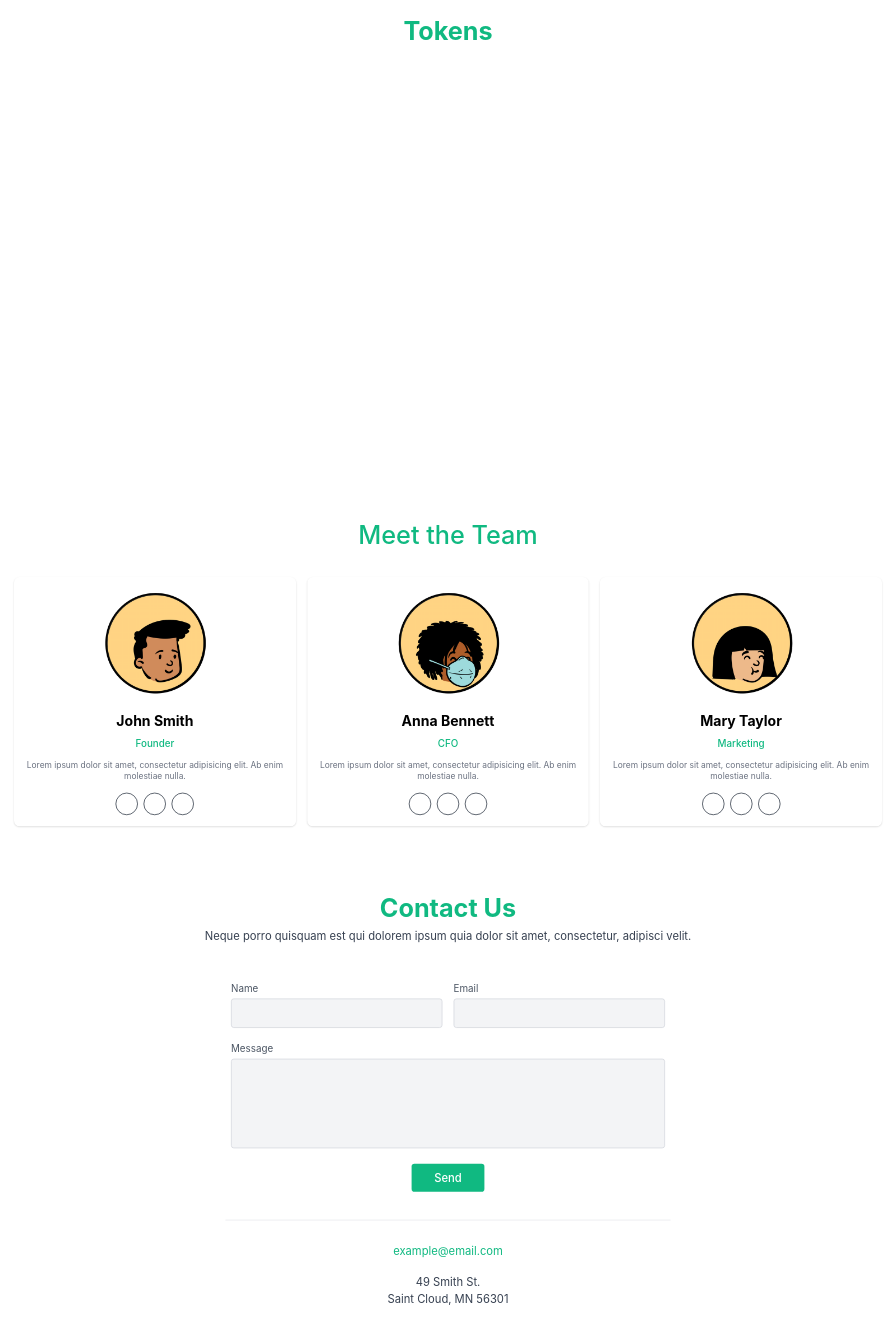
Repository: rhinorphan/phat-landing-page
Page: /
These files come from the project's save history. The page is drawn as it stood at one moment and after the next save; the edit follows.
The browser window is 1280 px wide. The pictures show the part of the page from y = 2088 to 4008 px (the page is 4008 px tall before and 3976 px after), at 70% of full size.
The project was rebuilt for these pictures with package versions that can differ from the ones it lists, and the page was loaded fresh each time. Also part of the build but not shown: craco.config.js.

Above is the page before, as saved 2021-11-17 17:47:15.

After the next save:
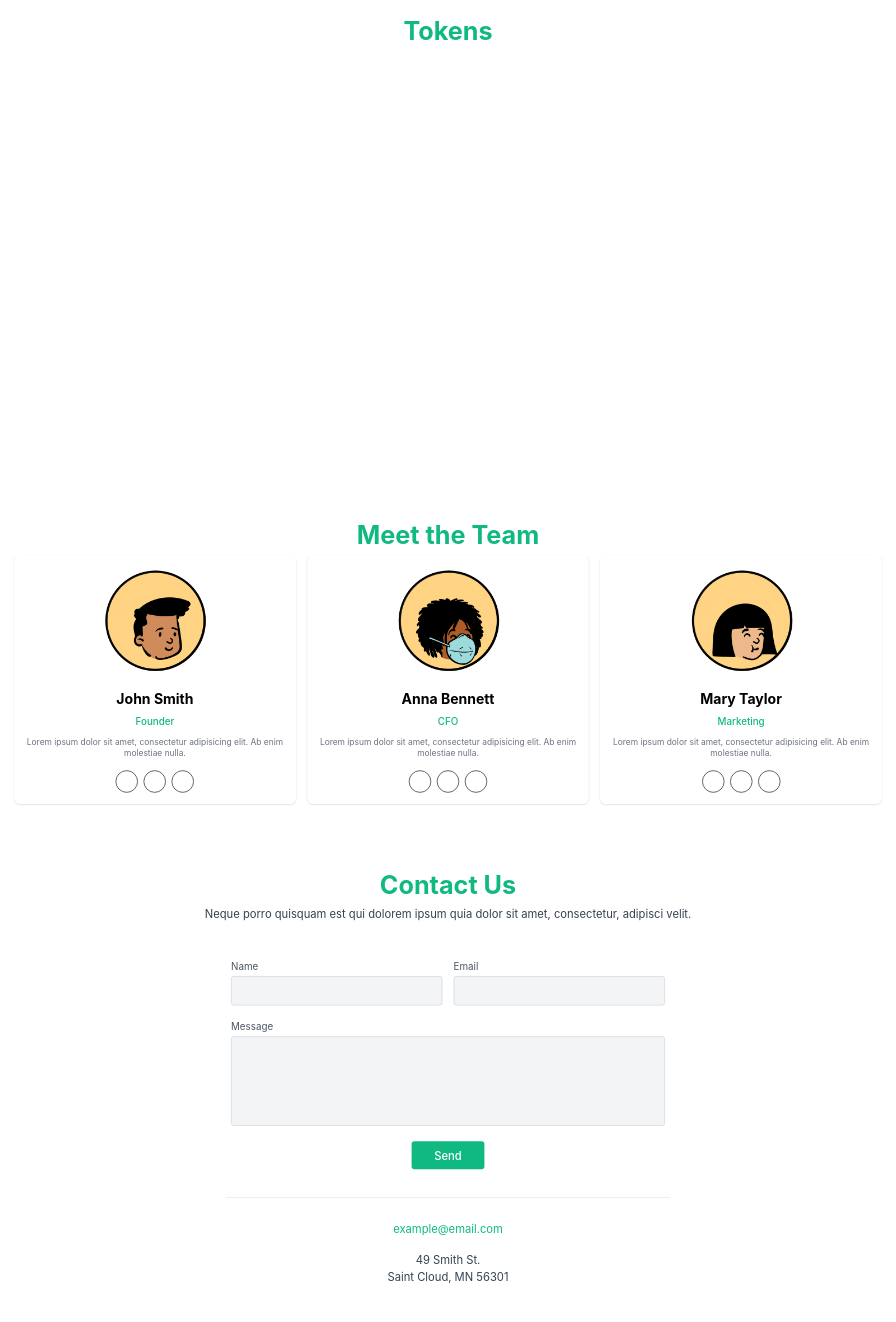
Saved 9 s later.
--- a/src/components/About.js
+++ b/src/components/About.js
@@ -6,7 +6,7 @@ function About() {
   return (
     <section name="about" className="h-100 container px-5 py-24 mx-auto flex-col">
       <div>
-        <p className="flex justify-center sm:text-4xl text-2xl font-medium title-font mb-10 text-green-500">Meet the Team</p>
+        <p className="flex text-4xl  font-bold mb-2 text-green-500 justify-center">Meet the Team</p>
       </div>
       <div class="flex flex-col sm:flex-row gap-4">
 
